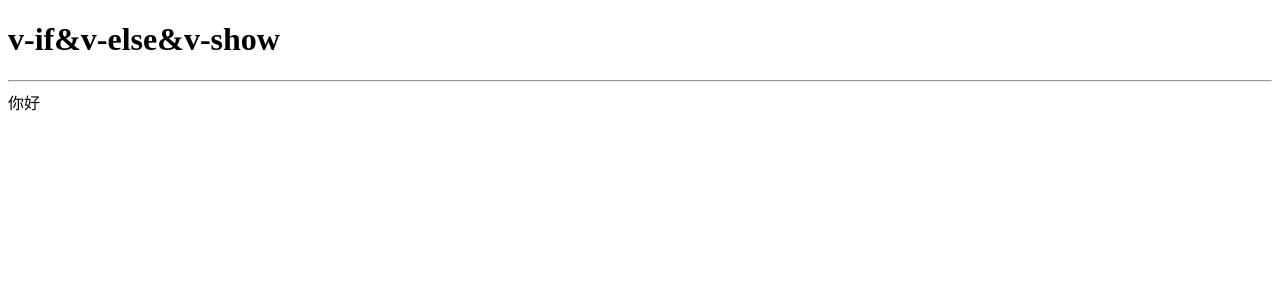
Repository: 13982720426/vue2.0-LearningNotes
Page: example/v-text.html
These files come from the project's save history. The page is drawn as it stood at one moment and after the next save; the edit follows.
The browser window is 1280 px wide. The pictures show the whole page.

Above is the page before, as saved 2021-06-17 19:38:25.

### example/v-text.html
<!DOCTYPE html>
<html lang="en">
  <head>
    <meta charset="UTF-8" />
    <meta http-equiv="X-UA-Compatible" content="IE=edge" />
    <meta name="viewport" content="width=device-width, initial-scale=1.0" />
    <title>v-if&v-else&v-show</title>
    <script type="text/javascript" src="../assets/js/vue.js"></script>
  </head>
  <body>
    <h1>v-if&v-else&v-show</h1>
    <hr />
    <div id="app">
      <div v-if="isLogin">你好</div>
      <div v-else>请登录</div>
      <!-- <div v-if="isLogin">你好</div> -->
    </div>
    <script type="text/javascript">
      var app = new Vue({
        el: '#app',
        data: {
          isLogin: true,
        },
      });
    </script>
  </body>
</html>

Loaded but not shown: assets/js/vue.js (library)

After the next save:
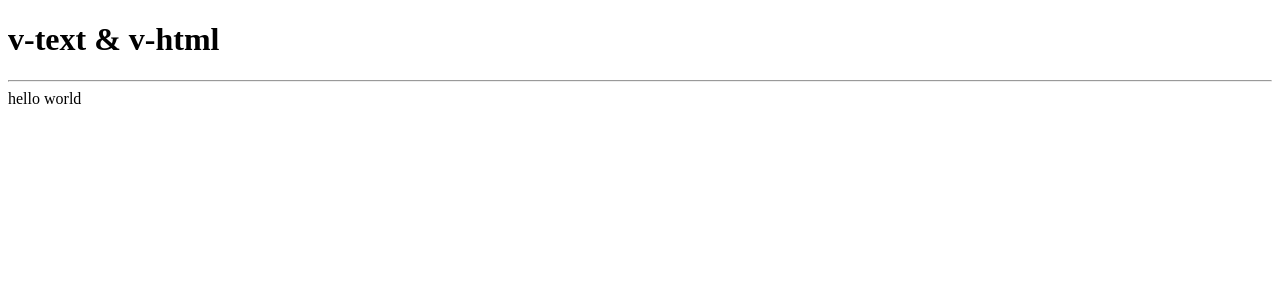
Saved 111 s later.
--- a/example/v-text.html
+++ b/example/v-text.html
@@ -4,22 +4,20 @@
     <meta charset="UTF-8" />
     <meta http-equiv="X-UA-Compatible" content="IE=edge" />
     <meta name="viewport" content="width=device-width, initial-scale=1.0" />
-    <title>v-if&v-else&v-show</title>
+    <title>v-text & v-html</title>
     <script type="text/javascript" src="../assets/js/vue.js"></script>
   </head>
   <body>
-    <h1>v-if&v-else&v-show</h1>
+    <h1>v-text & v-html</h1>
     <hr />
     <div id="app">
-      <div v-if="isLogin">你好</div>
-      <div v-else>请登录</div>
-      <!-- <div v-if="isLogin">你好</div> -->
+      <span>{{messsge}}</span>
     </div>
     <script type="text/javascript">
       var app = new Vue({
         el: '#app',
         data: {
-          isLogin: true,
+          messsge: 'hello world',
         },
       });
     </script>
